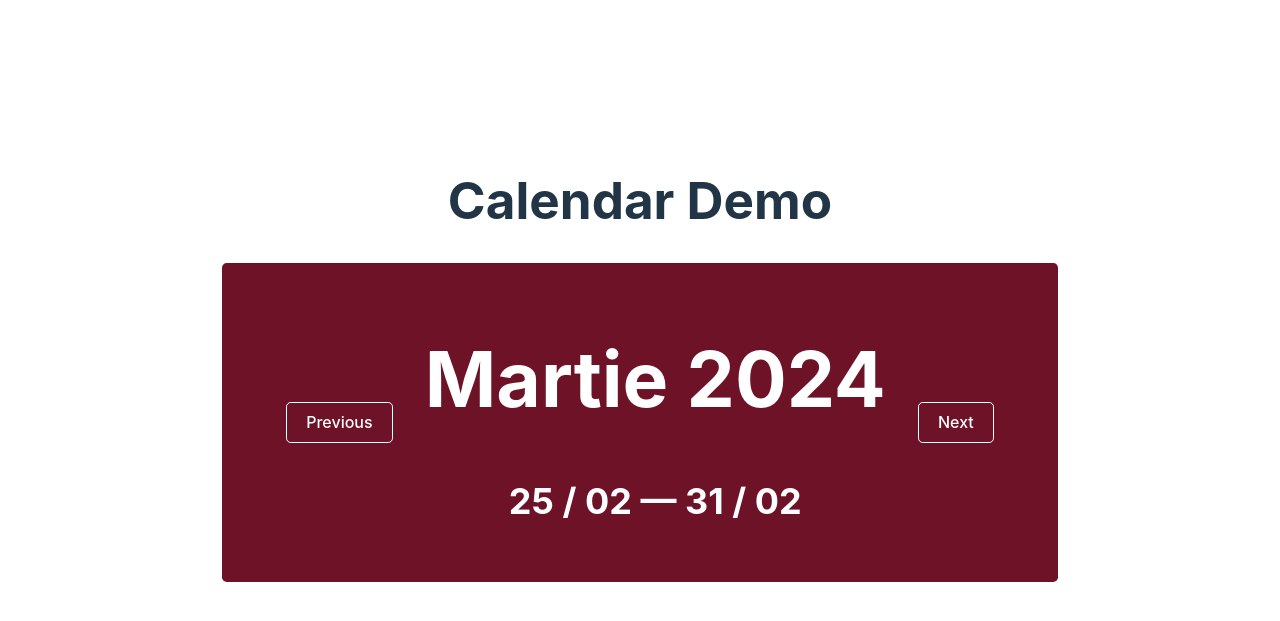
Repository: Maryie-B/weekly-calendar-scheduler
Page: /
The author's editor kept a copy of each file at every save. The page is drawn from the files as they stood at one save, then again after the next save.
The browser window is 1280 px wide. The pictures show the whole page.
The project was rebuilt for these pictures with package versions that can differ from the ones it lists, and the page was loaded fresh each time. Also part of the build but not shown: vite.config.js.

Above is the page before, as saved 2024-03-26 12:08:32.

After the next save:
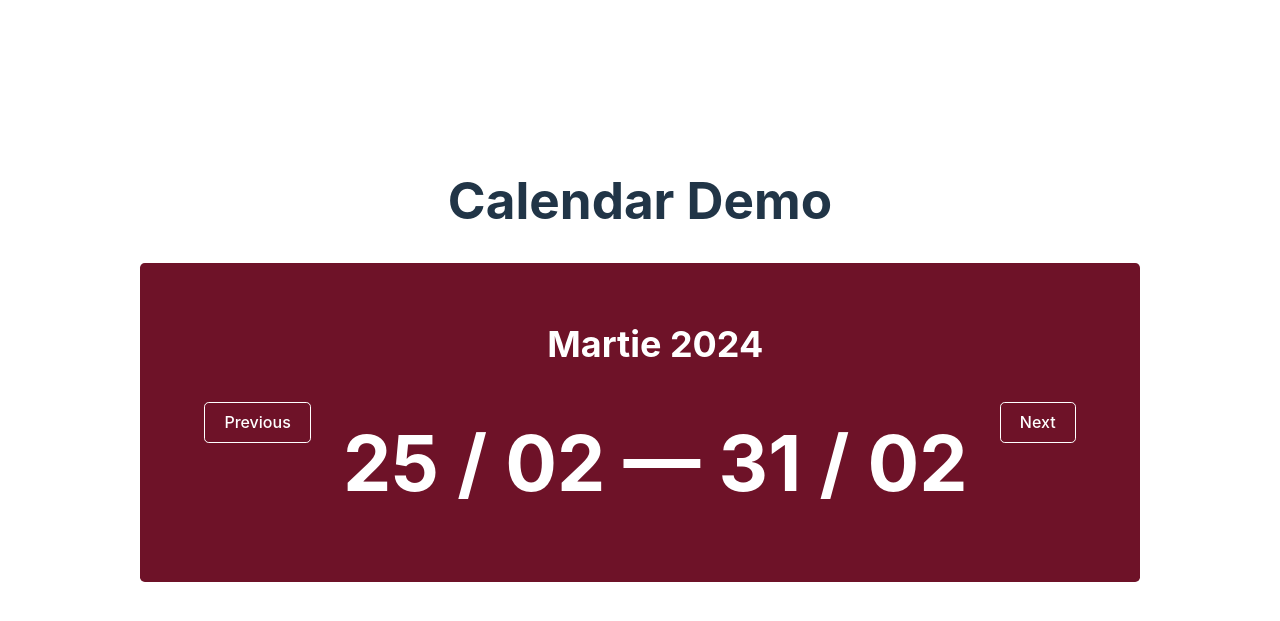
Saved 12 s later.
--- a/src/Calendar.jsx
+++ b/src/Calendar.jsx
@@ -32,8 +32,8 @@ const Calendar = () => {
 
   return (
     <div className="calendar-text">
-      <h1>{monthName} {year}</h1>
-      <h2>{datesRange}</h2>
+      <h2>{monthName} {year}</h2>
+      <h1>{datesRange}</h1>
     </div>
   )
 }
